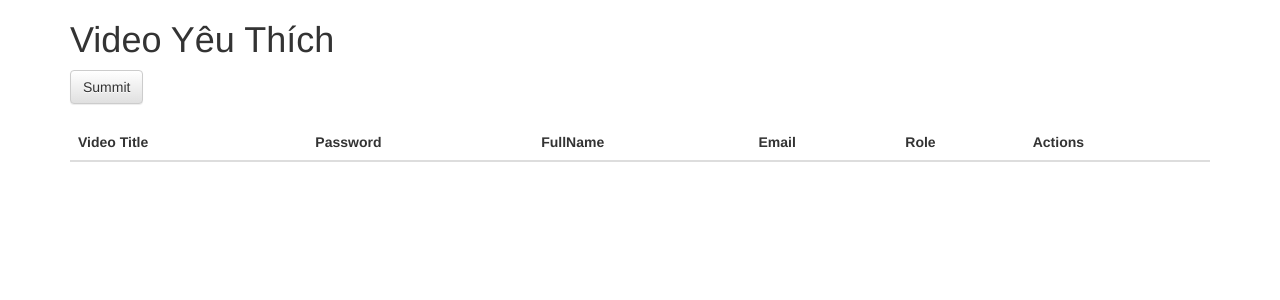
Repository: Hacorbie/Java-Servlet
Page: http://localhost/ASM_JV4/views/Ana.jsp
The author's editor kept a copy of each file at every save. The page is drawn from the files as they stood at one save, then again after the next save.
The browser window is 1280 px wide. The pictures show the whole page.
Some web libraries are served in a nearby version. The page is served by Tomcat 9. Other server files are loaded and not shown.

Above is the page before, as saved 2023-04-09 16:15:46.

### ASM_JV4/src/main/webapp/views/Ana.jsp
<%@ page language="java" contentType="text/html; charset=UTF-8"
	pageEncoding="UTF-8"%>
<%@ taglib uri="http://java.sun.com/jsp/jstl/core" prefix="c"%>
<!DOCTYPE html>
<html>
<head>
<meta charset="UTF-8">

<title>User Management</title>
<!-- Thêm các file CSS Bootstrap -->
<link rel="stylesheet"
	href="https://maxcdn.bootstrapcdn.com/bootstrap/3.3.7/css/bootstrap.min.css">
<link rel="stylesheet"
	href="https://maxcdn.bootstrapcdn.com/bootstrap/3.3.7/css/bootstrap-theme.min.css">
</head>
<body>
	<c:url var="url" value="/AnaLyst"></c:url>
	<div class="container">
		<h1>Video Yêu Thích</h1>
		<!-- Form thêm mới video -->
		<form method="post" action="/Analyst">
			<button type="submit" class="btn btn-default">Summit</button>
		</form>
		<br>
		<!-- Bảng hiển thị danh sách video -->
		<table class="table">
			<thead>
				<tr>
					<th>Video Title</th>
					<th>Password</th>
					<th>FullName</th>
					<th>Email</th>
					<th>Role</th>
					<th>Actions</th>
				</tr>
			</thead>
			<tbody>
				<c:forEach var="user" items="${users}">
					<tr>
						<td>${user.id}</td>
						<td>${user.password}</td>
						<td>${user.fullname}</td>
						<td>${user.email}</td>
						<td>${user.admin}</td>
						<td>
							<!-- Form chỉnh sửa video -->
							<form method="post" action="VideoController" class="form-inline">
								<input type="hidden" name="action" value="edit"> <input
									type="hidden" name="id" value="${user.id}">
								<button type="submit" class="btn btn-primary">Update</button>
							</form> <!-- Form xóa video -->
							<form method="post" action="VideoController" class="form-inline">
								<input type="hidden" name="action" value="delete"> <input
									type="hidden" name="id" value="${user.id}">
								<button type="submit" class="btn btn-danger">Delete</button>
							</form>
						</td>
					</tr>
				</c:forEach>
			</tbody>
		</table>
	</div>
	<!-- Thêm các file JavaScript Bootstrap -->
	<script
		src="https://ajax.googleapis.com/ajax/libs/jquery/3.2.1/jquery.min.js"></script>
	<script
		src="https://maxcdn.bootstrapcdn.com/bootstrap/3.3.7/js/bootstrap.min.js"></script>

</body>
</html>

After the next save:
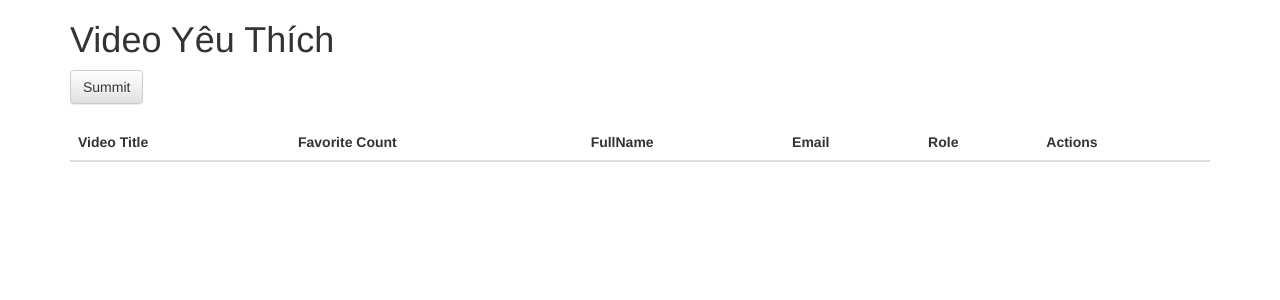
Saved 14 s later.
--- a/ASM_JV4/src/main/webapp/views/Ana.jsp
+++ b/ASM_JV4/src/main/webapp/views/Ana.jsp
@@ -27,7 +27,7 @@
 			<thead>
 				<tr>
 					<th>Video Title</th>
-					<th>Password</th>
+					<th>Favorite Count</th>
 					<th>FullName</th>
 					<th>Email</th>
 					<th>Role</th>
